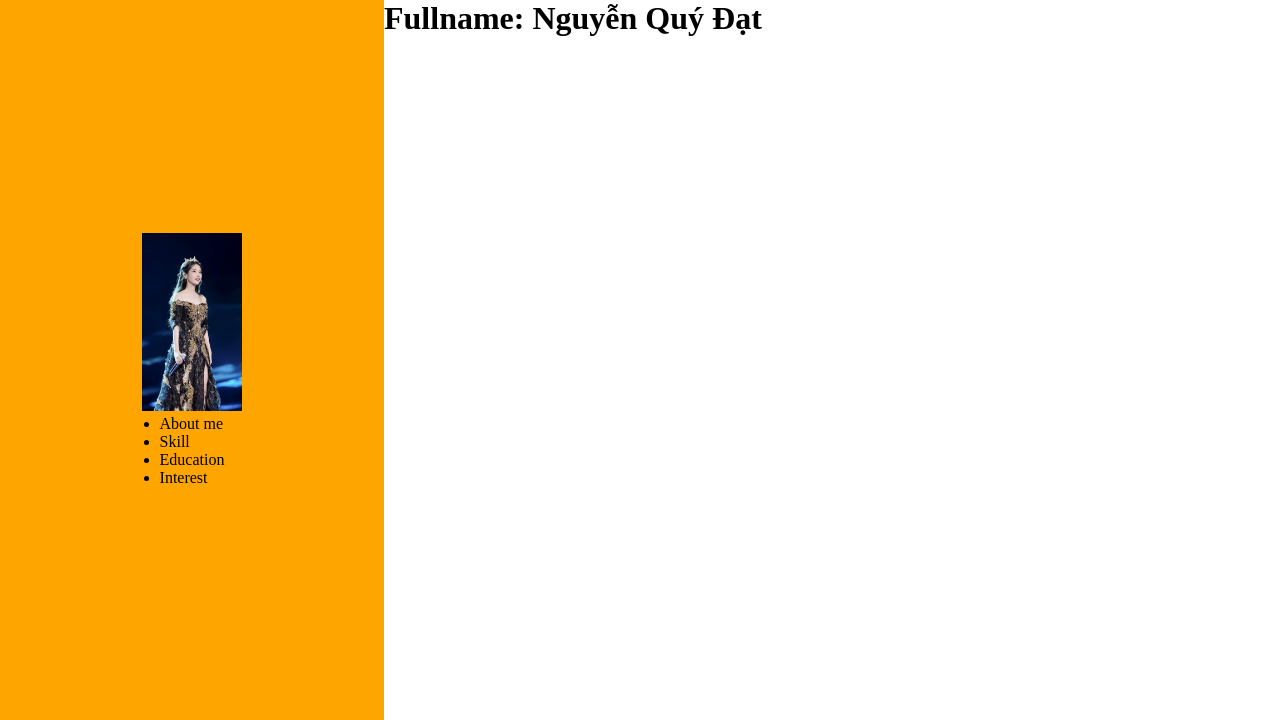
Repository: KinD2704/Web-University
Page: test/index.html
The author's editor kept a copy of each file at every save. The page is drawn from the files as they stood at one save, then again after the next save.
The browser window is 1280 px wide. The pictures show the whole page.

Above is the page before, as saved 2023-12-01 22:27:25.

After the next save:
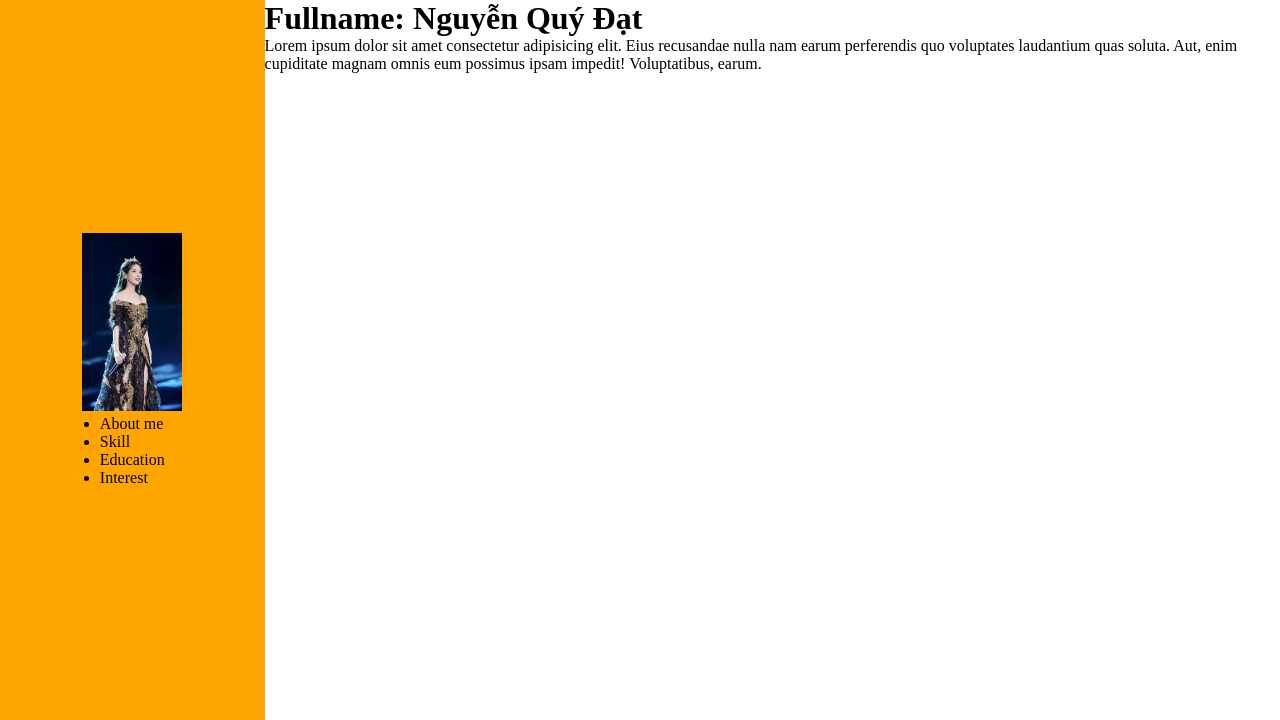
Saved 38 s later.
--- a/test/index.html
+++ b/test/index.html
@@ -28,6 +28,13 @@
             <div class="para">
                 <div class="aboutme">
                     <h1>Fullname: Nguyễn Quý Đạt</h1>
+                    <p>
+                        Lorem ipsum dolor sit amet consectetur adipisicing elit.
+                        Eius recusandae nulla nam earum perferendis quo
+                        voluptates laudantium quas soluta. Aut, enim cupiditate
+                        magnam omnis eum possimus ipsam impedit! Voluptatibus,
+                        earum.
+                    </p>
                 </div>
             </div>
         </div>
